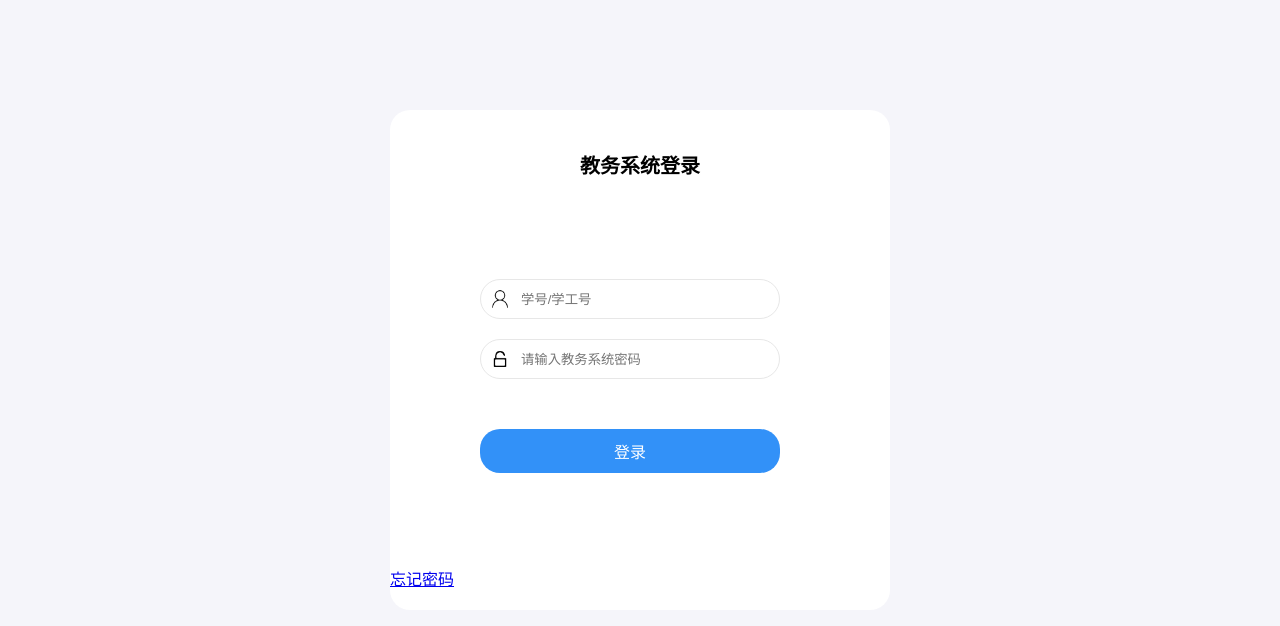
Repository: yangziteng/System
Page: / (app in myreact/)
The author's editor kept a copy of each file at every save. The page is drawn from the files as they stood at one save, then again after the next save.
The browser window is 1280 px wide. The pictures show the whole page.
The project was rebuilt for these pictures with package versions that can differ from the ones it lists, and the page was loaded fresh each time. Also part of the build but not shown: myreact/vite.config.js, myreact/src/App.css, myreact/src/App.jsx, myreact/src/log.jsx.

Above is the page before, as saved 2022-07-08 15:02:19.

### myreact/src/main.jsx
import React from 'react'
import ReactDOM from 'react-dom/client'
import App from './App'
import LOG from './log'
import './index.css'
import Login from "./pages/Login/Login"
const p = {name:"杨",age:12}
ReactDOM.createRoot(document.getElementById('root')).render(
  <React.StrictMode>
    {/* //解构赋值 语法 */}

    <Login/>


  </React.StrictMode>
)

### myreact/src/pages/Login/Login.jsx
import { useState } from 'react'
import { Component } from 'react'
import "./Login.css"
import img2 from "./images/p.png"
import img from "./images/a.png" //引入图片
class Login extends Component {
    constructor() {
        super()
    }
    render() {
        return (
            <div className='bgc'>
                <div className='model'>
                    <div className='model-head'>教务系统登录</div>
                    <div className='model-body'>
                        <div className='username'>
                            <input type="text" placeholder='学号/学工号' className='model-body-input' >
                            </input>
                            <img className='img' src={img} alt="" />
                        </div>
                        <div className='pwd'>
                            <input type="password" placeholder='请输入教务系统密码' className='model-body-input' >
                            </input>
                            <img className='img' src={img2} alt="" />
                        </div>
                        <div className='model-end'>
                            登录
                        </div>
                    </div>
                        <a className='end' href="https://jwxt.gdupt.edu.cn/index.jsp">忘记密码</a>
                </div>
            </div>
        )
    }
}
export default Login

### myreact/src/pages/Login/Login.css

.bgc{
    background-color: rgba(245,245,250);
    width: 100vw;
    height: 100vh;
    display:flex;
    align-items: center;
}
.model{
    width: 500px;
    height: 500px;
    background-color: white;
    border-radius: 20px;
    margin:0 auto;
    position: relative;
}
.model-head{
    text-align: center;
    margin-top:40px;
    font-size: 20px;
    font-weight: 800;
}
.model-body{

    margin-top:100px;

}
.username{
    display: flex;
    justify-content: center;
    align-items: center;
    position: relative;

}
.pwd{
    display: flex;
    justify-content: center;
    align-items: center;
    position: relative;
    margin-top:20px
}
.model-body-input{
    width: 300px;
    height: 40px;
    outline: none;
    border-radius: 20px;
    padding-left:40px ;
    box-sizing: border-box;
    border:1px solid #e7e7e7
}

.img{
    width: 20px;
    height: 20px;
    position: relative;
    right: 290px;
    /* right:290px */
}
.model-end{
    width: 300px;
    background-color: rgba(50,145,248);
    /* letter-spacing: 40px; */
    border-radius: 20px;
    padding: 10px 0px;
    text-align: center;
    color:white;
    margin:0 auto;
    position: relative;
    right:10px;
    margin-top:50px;
}
.end{
    position: absolute;
    bottom: 20px;
    text-align: center;
}

Loaded but not shown: myreact/index.html (common file); myreact/src/index.css (common file)

After the next save:
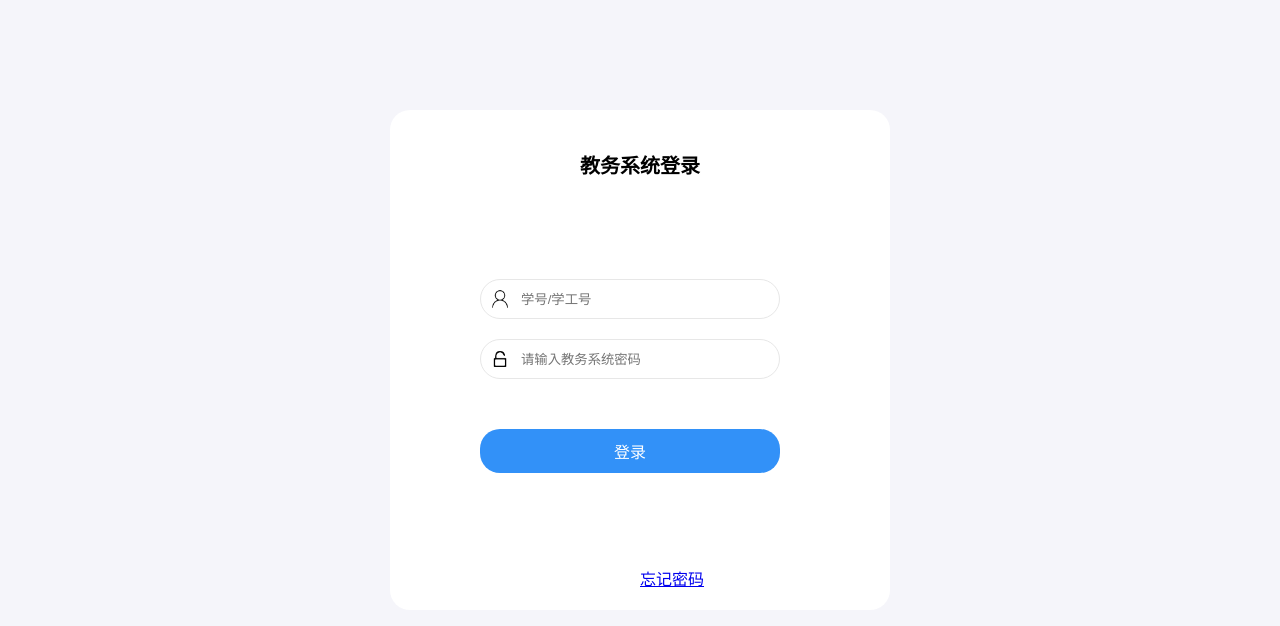
Saved 18 s later.
--- a/myreact/src/pages/Login/Login.css
+++ b/myreact/src/pages/Login/Login.css
@@ -72,5 +72,5 @@
 .end{
     position: absolute;
     bottom: 20px;
-    text-align: center;
+    left:50%
 }
